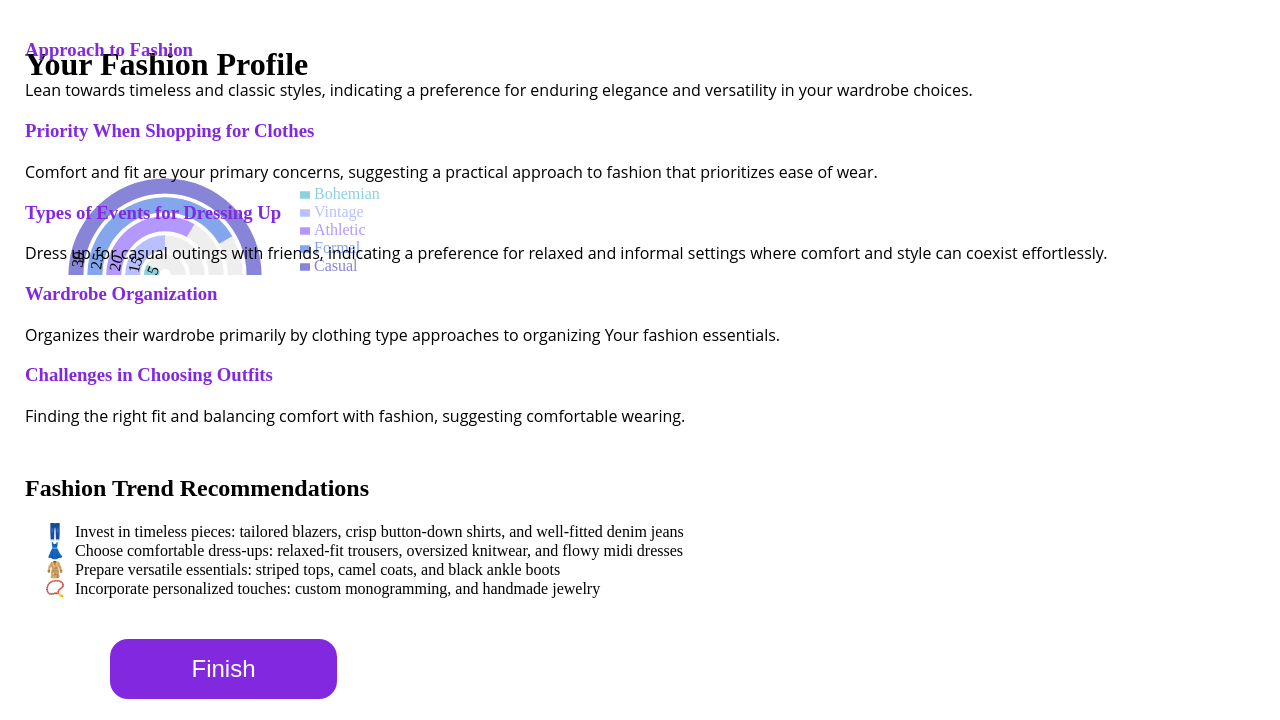
Repository: navnneett/clotho
Page: /QuizQuestions/Chart
An editor plug-in stored every save of this project. The page is shown before and after the next save, followed by the edit.
The browser window is 1280 px wide. The pictures show the whole page.
The project was rebuilt for these pictures with package versions that can differ from the ones it lists, and the page was loaded fresh each time. The framework's server and built-in components were replaced by stand-ins that run in the browser. Also part of the build but not shown: next.config.js, next.config.mjs.

Above is the page before, as saved 2024-04-06 19:28:50.

After the next save:
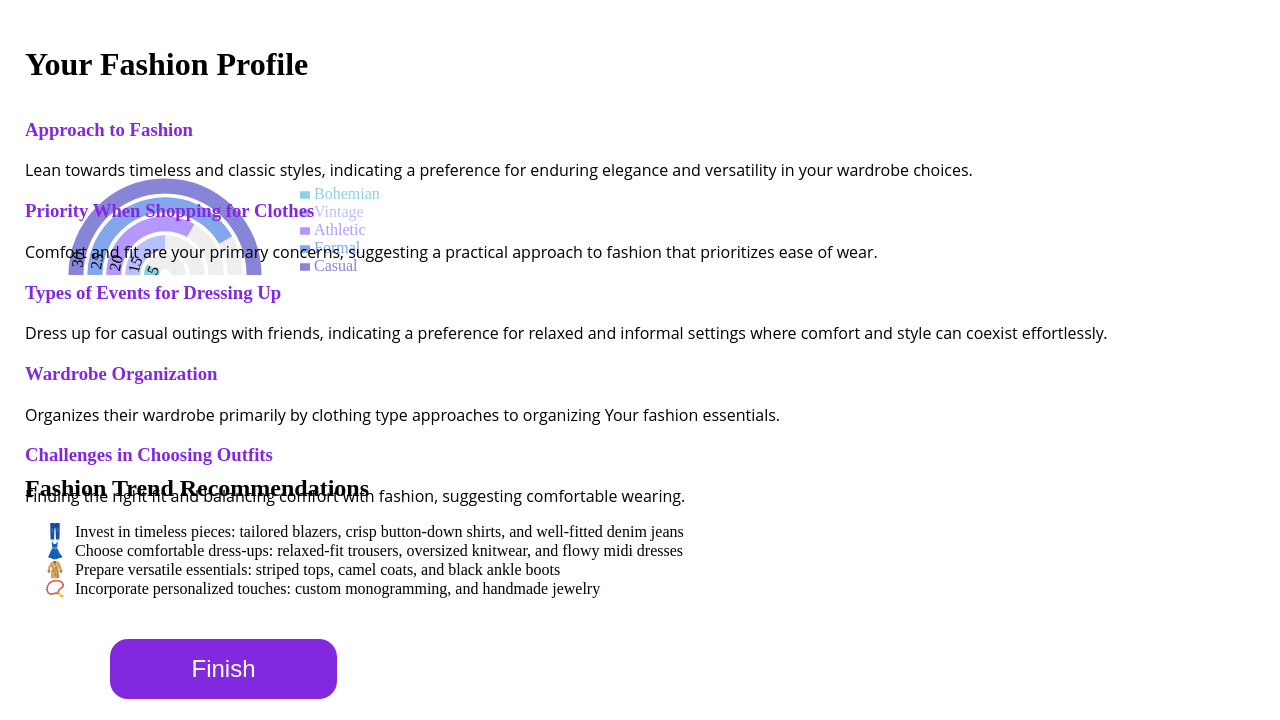
Saved 9 s later.
--- a/styles/Chart.module.css
+++ b/styles/Chart.module.css
@@ -16,7 +16,7 @@
 
 .mainContents {
     position: absolute;
-    top: 20px;
+    top: 100px;
 }
 
 .analysisContent {
